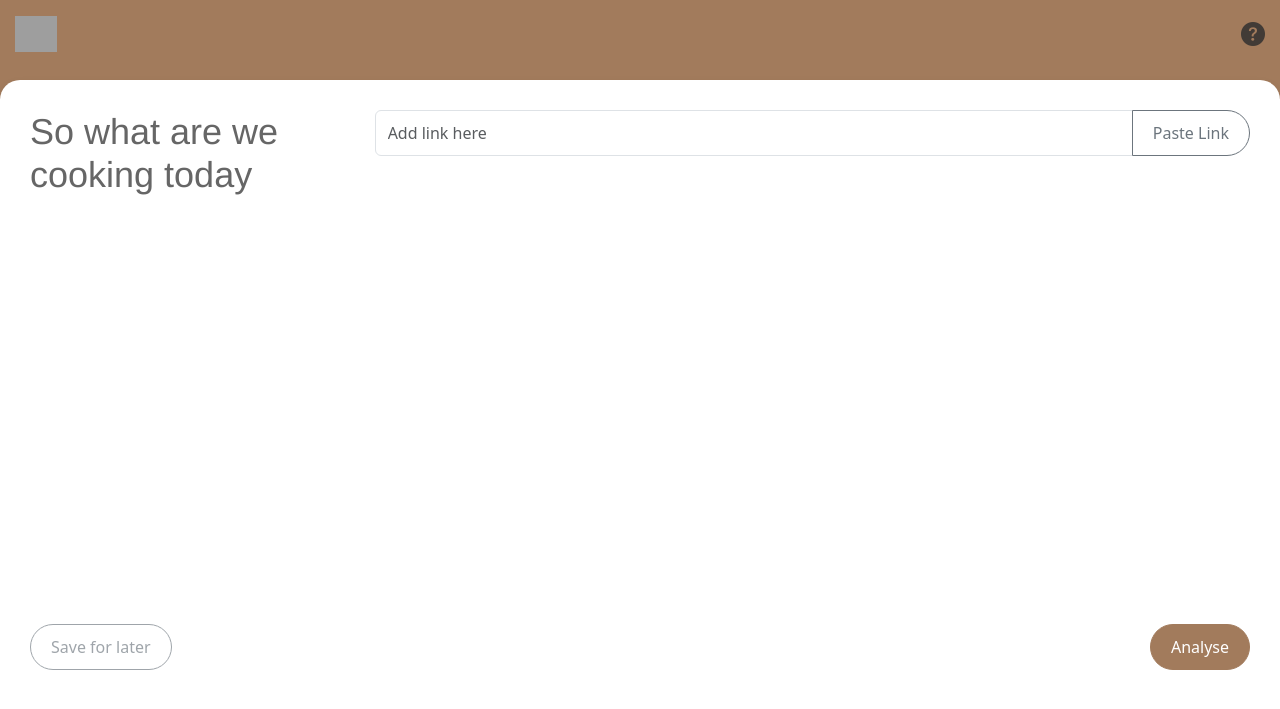
Repository: devashrisamani/SMC
Page: url.html
The author's editor kept a copy of each file at every save. The page is drawn from the files as they stood at one save, then again after the next save.
The browser window is 1280 px wide. The pictures show the whole page.
Pictures or frames that could not be fetched are drawn as grey boxes.

Above is the page before, as saved 2024-10-09 18:02:59.

### url.html
<!DOCTYPE html>
<html lang="en">
  <head>
    <meta charset="UTF-8" />
    <meta name="viewport" content="width=device-width, initial-scale=1.0" />
    <link
      href="https://cdn.jsdelivr.net/npm/bootstrap@5.3.0-alpha1/dist/css/bootstrap.min.css"
      rel="stylesheet"
    />
    <link
      href="https://cdn.jsdelivr.net/npm/bootstrap-icons/font/bootstrap-icons.css"
      rel="stylesheet"
    />
    <link rel="stylesheet" href="styles.css" />
    <title>What Are We Cooking Today</title>
    <style>
      /* Inline style for the header background color */
      header {
        background-color: #a27b5c; /* New header color */
        height: 100px; /* Adjust the height as needed */
      }

      /* Custom rounded container styling */
      .rounded-container {
        background-color: #fff;
        border-radius: 20px 20px 0 0; /* Rounded corners at the top */
        box-shadow: 0px 4px 8px rgba(0, 0, 0, 0.1); /* Add a shadow effect */
        padding: 30px;
        margin-top: -20px; /* Slight overlap with the header */
        min-height: calc(
          100vh - 100px
        ); /* Make container take full height of viewport */
        display: flex;
        flex-direction: column; /* Enable column-based layout */
        justify-content: space-between; /* Push content to the top and bottom */
      }

      /* Adjust input alignment */
      .top-content {
        display: flex;
        align-items: flex-start;
        justify-content: space-between;
        width: 100%;
      }

      .input-group {
        width: 100%; /* Ensure input takes the full available width */
      }

      .btn {
        font-size: 16px;
        padding: 10px 20px;
        border-radius: 50px;
      }

      .btn-primary {
        background-color: #a27b5c;
        border-color: #a27b5c;
      }

      .btn-primary:hover {
        background-color: #8c6649;
        border-color: #8c6649;
      }

      /* Position buttons at the bottom */
      .bottom-buttons {
        display: flex;
        justify-content: space-between;
        align-items: center;
      }
    </style>
  </head>
  <body>
    <!-- Header -->
    <header class="container-fluid border-bottom py-3">
      <div class="d-flex justify-content-between align-items-center">
        <!-- Logo -->
        <div>
          <img src="img/logomark.svg" alt="Logo" class="logo" />
        </div>

        <!-- Help Icon -->
        <div>
          <i class="bi bi-question-circle-fill fs-4 text-muted"></i>
        </div>
      </div>
    </header>

    <!-- Main Content with rounded top edges -->
    <section class="container-fluid rounded-container">
      <!-- URL Input Section aligned from left to right at the top -->
      <div class="top-content">
        <h2 class="header-title mb-4 text-start">
          So what are we cooking today
        </h2>

        <!-- URL Input -->
        <div class="input-group">
          <input
            type="text"
            class="form-control"
            placeholder="Add link here"
            aria-label="Recipe URL"
          />
          <button class="btn btn-outline-secondary" type="button">
            Paste Link
          </button>
        </div>
      </div>

      <!-- Save and Analyze Buttons positioned at the bottom of the page -->
      <div class="bottom-buttons mt-4">
        <button class="btn btn-outline-secondary disabled" disabled>
          Save for later
        </button>
        <button class="btn btn-primary">Analyse</button>
      </div>
    </section>

    <script src="https://cdn.jsdelivr.net/npm/bootstrap@5.3.0-alpha1/dist/js/bootstrap.bundle.min.js"></script>
  </body>
</html>

### styles.css
/* Custom styles for the header */
html,
body {
  margin: 0;
  padding: 0;
  overflow-x: hidden; /* Hide horizontal scrolling */
}

.logo {
  width: 42px;
  height: 36px;
}

.bi-question-circle-fill {
  color: #a27b5c;
}

.border-bottom {
  border-color: #eee;
}

/* Title Section */
.header-title {
  font-family: "Calistoga-Regular", Helvetica, sans-serif;
  color: #666666;
  font-size: 36px;
  margin: 0;
}

.retry-btn {
  border-color: #a27b5c;
  color: #a27b5c;
  border-radius: 20px;
}

.retry-btn:hover {
  background-color: #a27b5c;
  color: #fff;
}

.container-fluid {
  max-width: 100vw; /* Ensure it does not exceed the viewport width */
  padding-right: 15px;
  padding-left: 15px;
  box-sizing: border-box;
}

.row {
  margin-right: 0;
  margin-left: 0;
}
/* Styling for the three rectangles */

.rectangle {
  background-color: #f7f3ef;
  padding: 20px;
  /* height: 100%; */
  min-height: 70vh;
}

.items-needed {
  background-color: #f9f4ef;
}

.cooking {
  background-color: #f2eee9;
  text-align: center;
}

.serving {
  background-color: #eae2db;
  text-align: center;
}

/* Title and Text Styles */
.items-title {
  font-family: "Calistoga-Regular", Helvetica, sans-serif;
  color: #a27b5c;
  font-size: 18px;
  margin-bottom: 15px;
}

.ingredients-list .list-group-item {
  border: none;
  border-radius: 10px;
  background-color: #fff;
  margin-bottom: 10px;
  font-family: "DM Sans", sans-serif;
}

.ingredients-list .list-group-item strong {
  font-size: 18px;
  color: #666666;
}

.ingredients-list .list-group-item p {
  font-size: 14px;
  color: #999999;
}

/* Add Ingredient Button */
.add-ingredient {
  color: #a27b5c;
  font-weight: bold;
  text-decoration: none;
}

.cooking h5,
.serving h5 {
  font-family: "Calistoga-Regular", Helvetica, sans-serif;
  font-size: 18px;
  color: #a27b5c;
}

.cooking p,
.serving p {
  font-family: "DM Sans", sans-serif;
  font-size: 14px;
  color: #999999;
}

/* Flexbox for the title and button alignment */
.d-flex {
  display: flex;
  justify-content: space-between;
  align-items: center;
  margin-bottom: 15px;
}

.proceed-btn-wrapper {
  position: absolute;
  bottom: 30px;
  left: 50%;
  transform: translateX(20%);
  width: 100%; /* Ensure it's 100% of its parent, not wider */
  max-width: 300px; /* Prevent it from getting too large */
  overflow: hidden;
}

.proceed-btn {
  width: 100%;
  max-width: 300px;
  background-color: #a27b5c;
  color: #fff;
  border-radius: 50px;
  font-size: 16px;
  padding: 10px 40px;
  border: none;
}

.proceed-btn:hover {
  background-color: #8c6649;
  color: #fff;
}

After the next save:
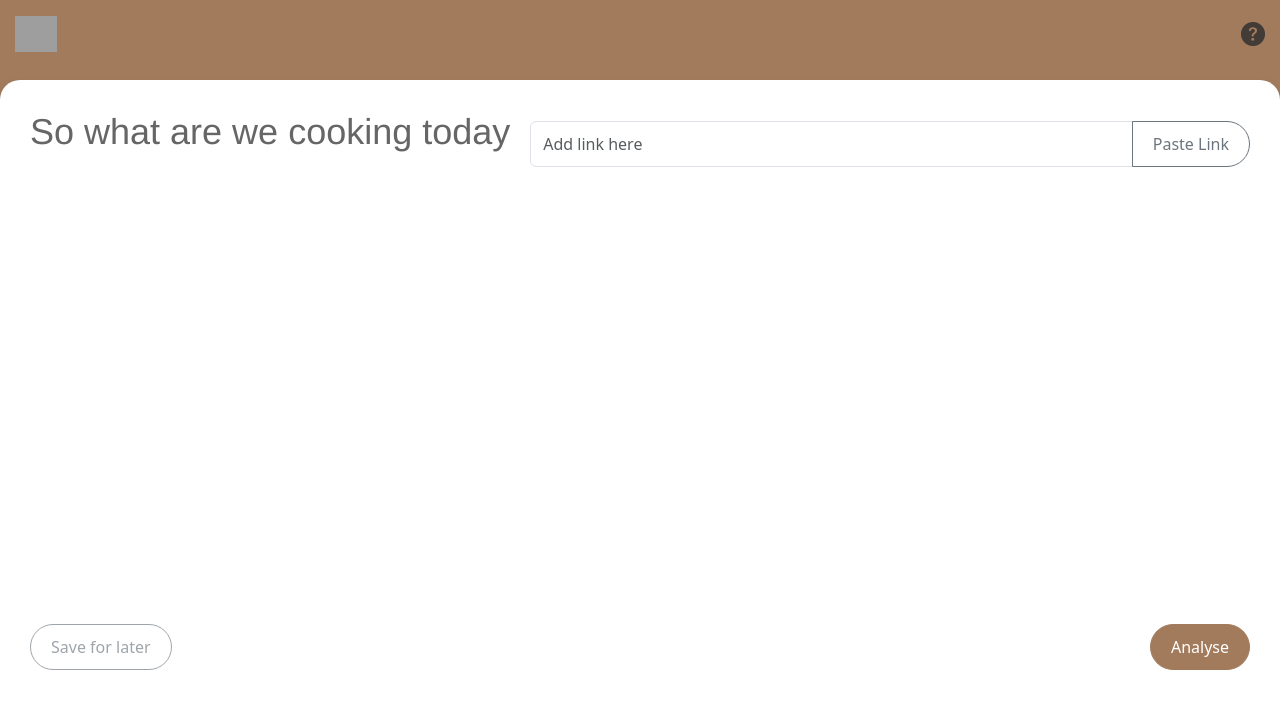
Saved 67 s later.
--- a/url.html
+++ b/url.html
@@ -35,16 +35,17 @@
         justify-content: space-between; /* Push content to the top and bottom */
       }
 
-      /* Adjust input alignment */
+      /* Adjust input and title alignment */
       .top-content {
         display: flex;
-        align-items: flex-start;
+        align-items: center; /* Align items in the middle */
         justify-content: space-between;
         width: 100%;
       }
 
       .input-group {
-        width: 100%; /* Ensure input takes the full available width */
+        flex: 1; /* Take remaining space on the right */
+        margin-left: 20px; /* Add some spacing between the title and input */
       }
 
       .btn {
